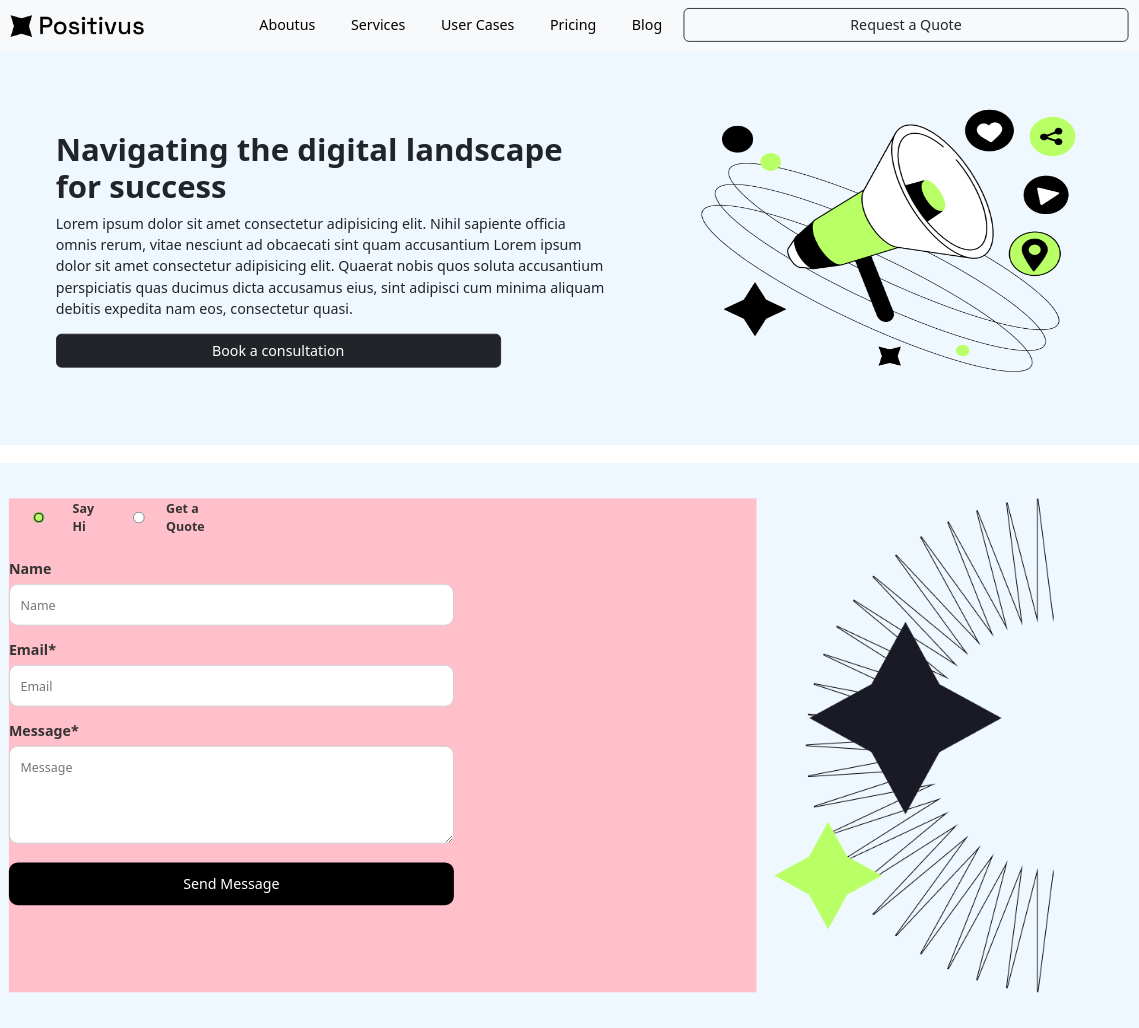
Repository: inshaabbas/CSS-Hackathon-SMIT
Page: index.html
These files come from the project's save history. The page is drawn as it stood at one moment and after a run of saves; the edit follows.
The browser window is 1280 px wide. The pictures show the whole page, at 89% of full size.

Above is the page before, as saved 2025-06-25 10:01:39.

After the next 2 saves:
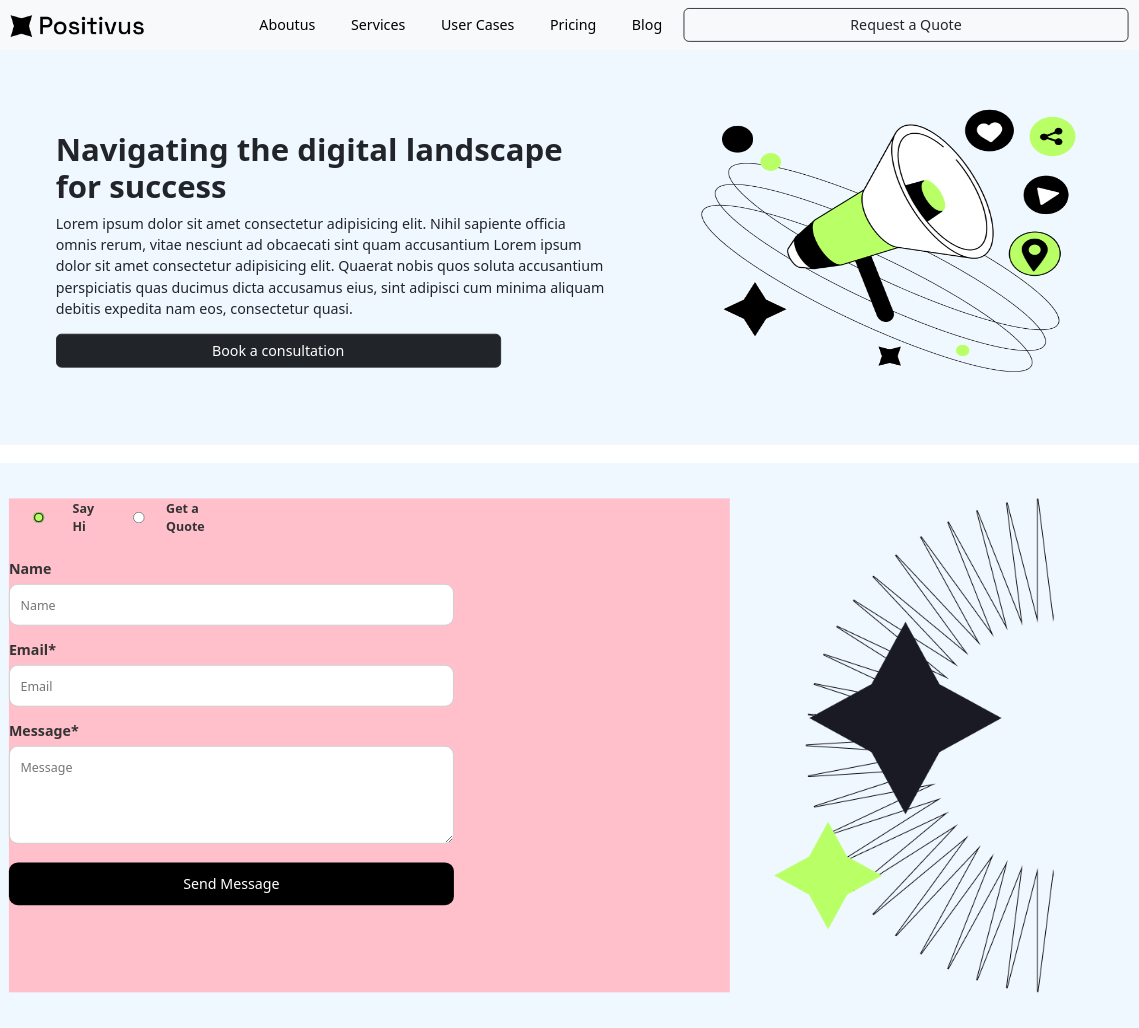
The 2 saves are shown as one change because they came seconds apart.
The last was saved 9 s later.
--- a/style.css
+++ b/style.css
@@ -53,7 +53,7 @@
 .contact-section{
     display: flex;
     justify-content: space-between;
-    gap: 20px;
+    gap: 50px;
     /* height: 400px; */
     height: auto;
     background-color: aliceblue;
